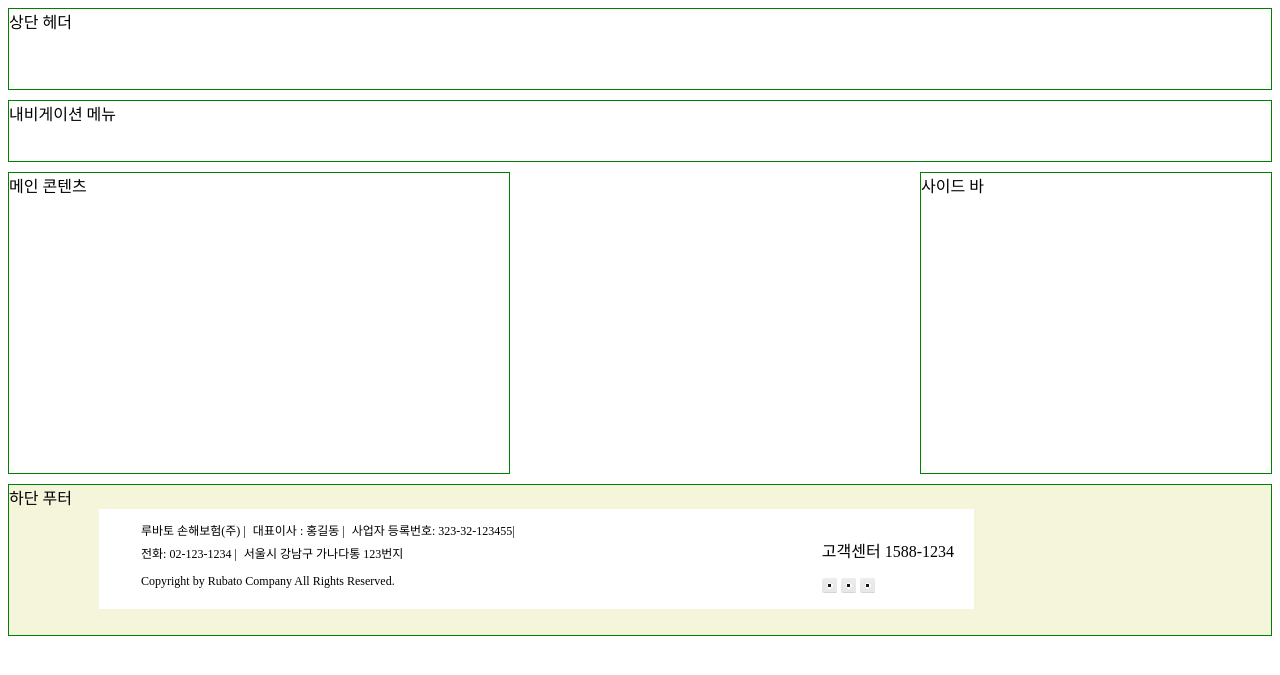
Repository: woosungtae/html_css
Page: pro01/public/a3.html
The author's editor kept a copy of each file at every save. The page is drawn from the files as they stood at one save, then again after the next save.
The browser window is 1280 px wide. The pictures show the whole page.

Above is the page before, as saved 2022-12-14 05:44:24.

After the next save:
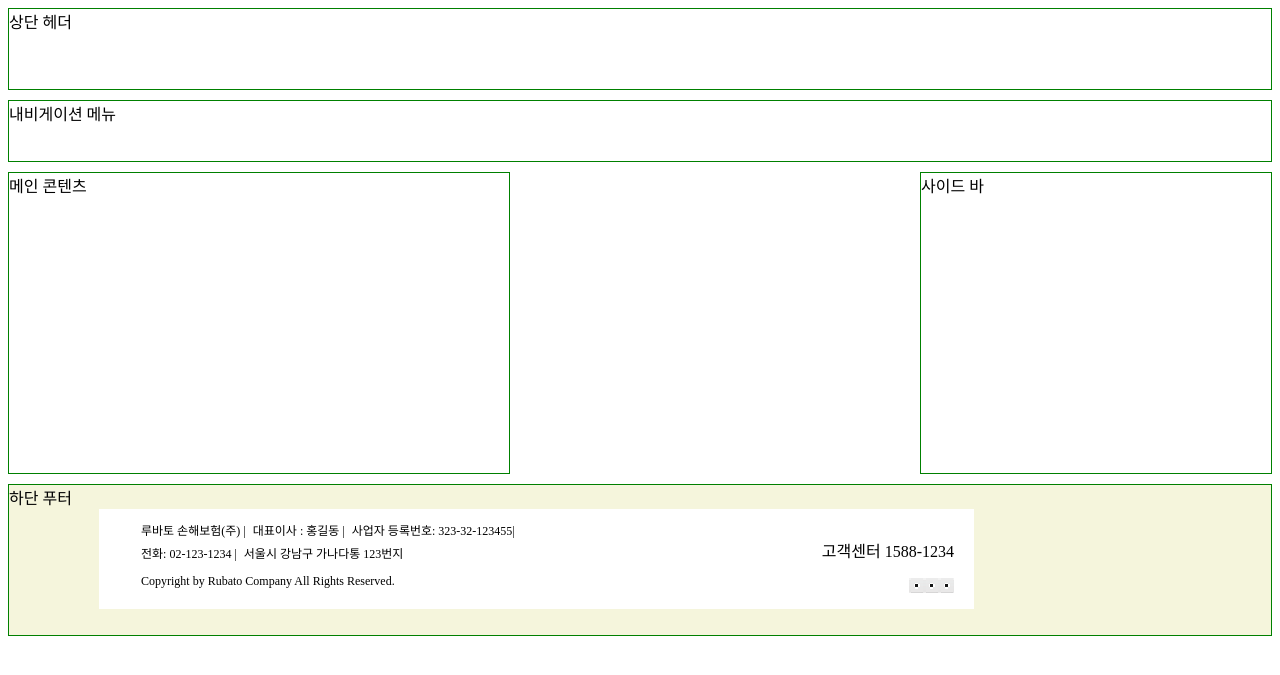
Saved 14 s later.
--- a/pro01/public/a3.html
+++ b/pro01/public/a3.html
@@ -67,7 +67,9 @@
    #sec1{
     margin-top:5px;
         }
-
+  img{
+    float:right;
+   }
 
 
     </style>
